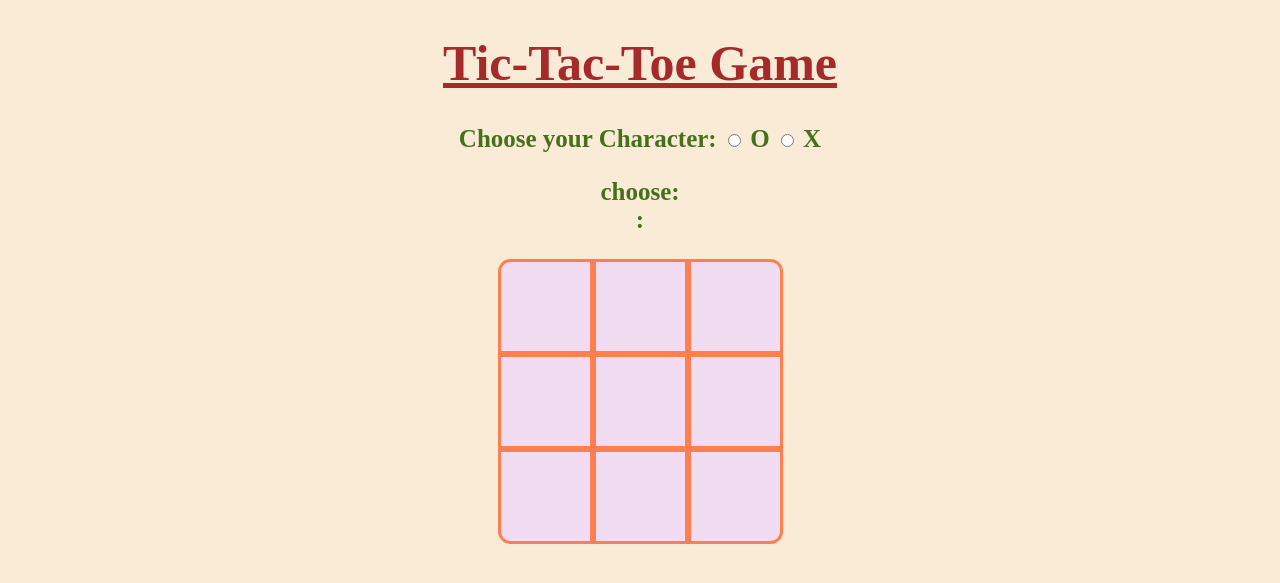
Repository: 0101chaitanya/Tic-Tac-Toe
Page: index.html
The author's editor kept a copy of each file at every save. The page is drawn from the files as they stood at one save, then again after the next save.
The browser window is 1280 px wide. The pictures show the whole page.

Above is the page before, as saved 2021-06-12 13:42:08.

### index.html
<!DOCTYPE html>
<html>

<head>
    <meta charset="utf-8">
    <title>Tic-Tac-Toe Game</title>
    <meta name="viewport" content="width=device-width, initial-scale=1">

    <link rel="stylesheet" href="styles.css">
</head>

<body>
    <div id='block1'>
        <h1 id="heading">Tic-Tac-Toe Game</h1>
        <form>
            Choose your Character:
            <input value="O" name="radio" onclick="eventFun.setUser(this)" type="radio">
            <label for="O">O</label>
            <input value="X" name="radio" onclick="eventFun.setUser(this)" type="radio">
            <label for="X">X</label>
            <div id="player">
                <div id='1'><input type='text' placeholder='Player1'></input>choose:</div>
                <div id='2'><input type='text' placeholder='Player2'>:</div>
            </div>

        </form>
        <form id="gameSquare">
            <section id="row1">
                <div id="r1Column1"></div>
                <div id="rlColumn2"></div>
                <div id="rlColumn3"></div>
            </section>
            <section id="row2">
                <div id="r2Column1"></div>
                <div id="r2Column2"></div>
                <div id="r2Column3"></div>
            </section>
            <section id="row3">
                <div id="r3Column1"></div>
                <div id="r3Column2"></div>
                <div id="r3Column3"></div>
            </section>
        </form>
    </div>
    <div id="ResultBox">
        <span id="closebtn">&times;</span>
        <strong id="resultOut"></strong>
    </div>

</body>
<script type="text/javascript" src="script.js"></script>

</html>

### styles.css
:root {
    text-align: center;
    font-weight: bold;
}

* {
    box-sizing: border-box;
}

@media screen and (max-width: 400px) {
     :root {
        font-size: 14px;
    }
}

@media screen and (min-width: 401px) and (max-width: 700px) {
     :root {
        font-size: 18px;
    }
}

@media screen and (min-width: 701px) {
     :root {
        font-size: 25px;
    }
}

body {
    color: rgb(70, 112, 27);
    background: antiquewhite;
    font-weight: bold;
}

h1 {
    color: brown;
    text-decoration: underline;
    text-decoration-style: solid;
}

label>input {
    color: red;
    border: 1px solid;
}

#player {
    display: block;
    margin: 1rem auto 1rem auto;
}

#player>span {
    margin: auto 0.7rem auto 0.7rem;
}

#gameSquare {
    width: min-content;
    height: min-content;
    display: block;
    margin: auto;
}

#gameSquare>section:nth-child(n) {
    /* border-style: solid;
     */
    width: min-content;
    height: min-content;
    display: flex;
    justify-content: center;
    align-items: center;
}

#gameSquare>section:nth-child(n)>div:nth-child(n) {
    display: flex;
    margin: auto;
    width: 3.8rem;
    height: 3.8rem;
    border-style: solid;
    border-width: 0.15rem;
    justify-content: center;
    align-items: center;
    font-size: 1.8rem;
    color: coral;
    background-color: rgb(241, 220, 241);
}

#gameSquare>section:nth-child(1)>div:nth-child(1) {
    border-top-left-radius: 0.5rem;
}

#gameSquare>section:nth-child(1)>div:nth-child(3) {
    border-top-right-radius: 0.5rem;
}

#gameSquare>section:nth-child(3)>div:nth-child(1) {
    border-bottom-left-radius: 0.5rem;
}

#gameSquare>section:nth-child(3)>div:nth-child(3) {
    border-bottom-right-radius: 0.5rem;
}

#ResultBox {
    height: fit-content;
    width: 13rem;
    display: none;
    margin-left: auto;
    margin-right: auto;
    margin-top: 3rem;
    position: relative;
    top: -12rem;
    border-color: rgb(162, 162, 192);
    background-color: rgb(15, 44, 138);
    color: white;
    opacity: 1;
    transition: opacity 0.6s;
    margin-bottom: 15px;
    border-radius: 1rem;
    padding: 1rem;
    text-align: center;
}

#resultOut {
    color: #f0e0e4;
    font-weight: bold;
}

#closebtn {
    margin-left: 15px;
    color: white;
    font-weight: bold;
    float: right;
    font-size: 22px;
    line-height: 20px;
    cursor: pointer;
    transition: 0.3s;
}

#closebtn:hover {
    color: rgb(38, 170, 82);
}

#player>div:nth-child(1)>input {
    color: aqua;
}

### script.js
"use strict";

let eventFun = (function() {
    let user1Selection, user2Selection, runningCharacter;
    document.getElementById('1').textContent += ` `;
    document.getElementById('2').textContent += ` `;

    let runningNumber,
        result;
    let newArray;
    let count;

    let horizontalArray;
    let verticalArray;
    let diagonalArray;
    let array;


    function setUser(given) {
        localStorage.setItem("user1", given.value);

        document.querySelector(`form`).submit();
    }

    function init() {
        runningNumber = 0;
        user1Selection = localStorage.getItem("user1");
        user2Selection =
            user1Selection != null ? (user1Selection === "X" ? "O" : "X") : null;
        runningCharacter = user1Selection;

        document.getElementById('1').textContent += ` ` + user1Selection || ' ';
        document.getElementById('2').textContent += ` ` + user2Selection || ' ';
        array = Array.from(
            document.getElementById("gameSquare").querySelectorAll("div")
        );
        newArray = Array(array.length).fill();
        count = 0;

        horizontalArray = undefined;
        verticalArray = undefined;
        diagonalArray = undefined;
        eventListen();
    }

    if (localStorage.getItem("user1") !== null) {
        init();
    }


    function switchRunChar() {
        runningCharacter = runningCharacter === "O" ? "X" : "O";
        runningNumber = runningNumber === 0 ? 1 : 0;
    }

    function arrayCreator(index, incrementer) {
        return [
            newArray[index],
            newArray[index + incrementer],
            newArray[index + 2 * incrementer],
        ];
    }

    function parser(arrayInput) {
        let arr = arrayInput.map((item, index) => {
            let res = item.reduce((stack, item) => {
                stack += item;
                return stack;
            });
            return res;
        });
        return arr;
    }

    function send(input) {
        let block1 = document.getElementById('block1');
        block1.style.filter = 'blur(0.5rem)';
        document.getElementById('ResultBox').style.display = 'block';
        document.getElementById('resultOut').textContent = input;
        let close = document.getElementById('closebtn');
        close.onclick = function() {
            localStorage.clear();
            //  init();
            document.getElementById('gameSquare').submit();
            let div = this.parentElement;
            div.style.opacity = '0';
            setTimeout(function() {
                document.getElementById('ResultBox').style.display = 'none';
                block1.style.filter = 'blur(0.0rem)';

            }, 60);
        };

    }

    function check(input) {
        input.forEach((item) => {
            if (item === 3) {
                result = item;
                send("Player 2 won");
            } else if (item === 0) {
                result = item;
                send("Player 1 won");
            }
        });
    }

    function checkWin() {
        horizontalArray = [
            arrayCreator(0, 1),
            arrayCreator(3, 1),
            arrayCreator(6, 1),
        ];
        verticalArray = [
            arrayCreator(0, 3),
            arrayCreator(1, 3),
            arrayCreator(2, 3),
        ];
        diagonalArray = [arrayCreator(0, 4), arrayCreator(2, 2)];

        let horizontalParsed = parser(horizontalArray);
        let verticalParsed = parser(verticalArray);

        let diagonalParsed = parser(diagonalArray);
        check(horizontalParsed);
        check(verticalParsed);
        check(diagonalParsed);

        if (count == 8) {
            console.table(horizontalArray, verticalArray, diagonalArray);
            console.table({
                horizontalParsed: horizontalParsed,
                verticalParsed: verticalParsed,
                diagonalParsed: diagonalParsed,
            });
            console.table(newArray);
            if (result == undefined) {
                send("draw");
            }
        }
    }

    let setOutput = function(e, index) {
        e.target.textContent = runningCharacter;
        e.target.removeEventListener("click", (e) => setOutput(e));
        newArray.splice(index, 1, runningNumber);
        switchRunChar();
        checkWin();

        count++;
    };

    function eventListen() {
        array.forEach((item, index) => {
            item.textContent = "";
            item.addEventListener("click", (e) => setOutput(e, index), { once: true });
        });
    }
    return { setUser };
})();

After the next save:
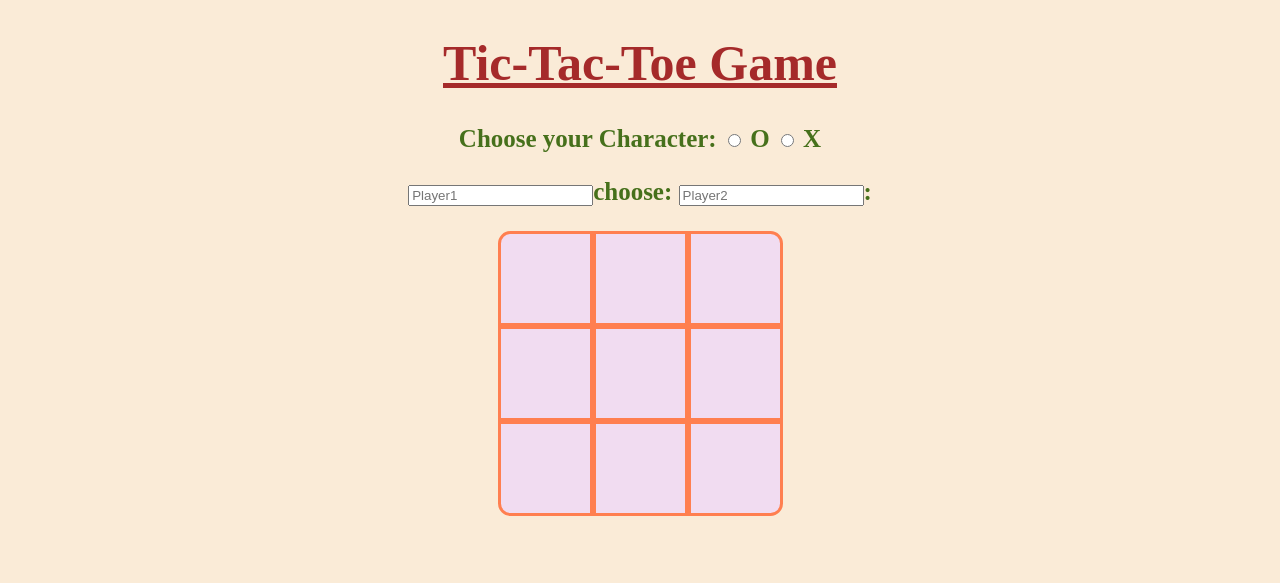
Console error: TypeError: Cannot read properties of null (reading 'textContent')
Saved 31 s later.
--- a/index.html
+++ b/index.html
@@ -19,8 +19,8 @@
             <input value="X" name="radio" onclick="eventFun.setUser(this)" type="radio">
             <label for="X">X</label>
             <div id="player">
-                <div id='1'><input type='text' placeholder='Player1'></input>choose:</div>
-                <div id='2'><input type='text' placeholder='Player2'>:</div>
+                <input type='text' placeholder='Player1'></input>choose:
+                <input type='text' placeholder='Player2'>:
             </div>
 
         </form>
